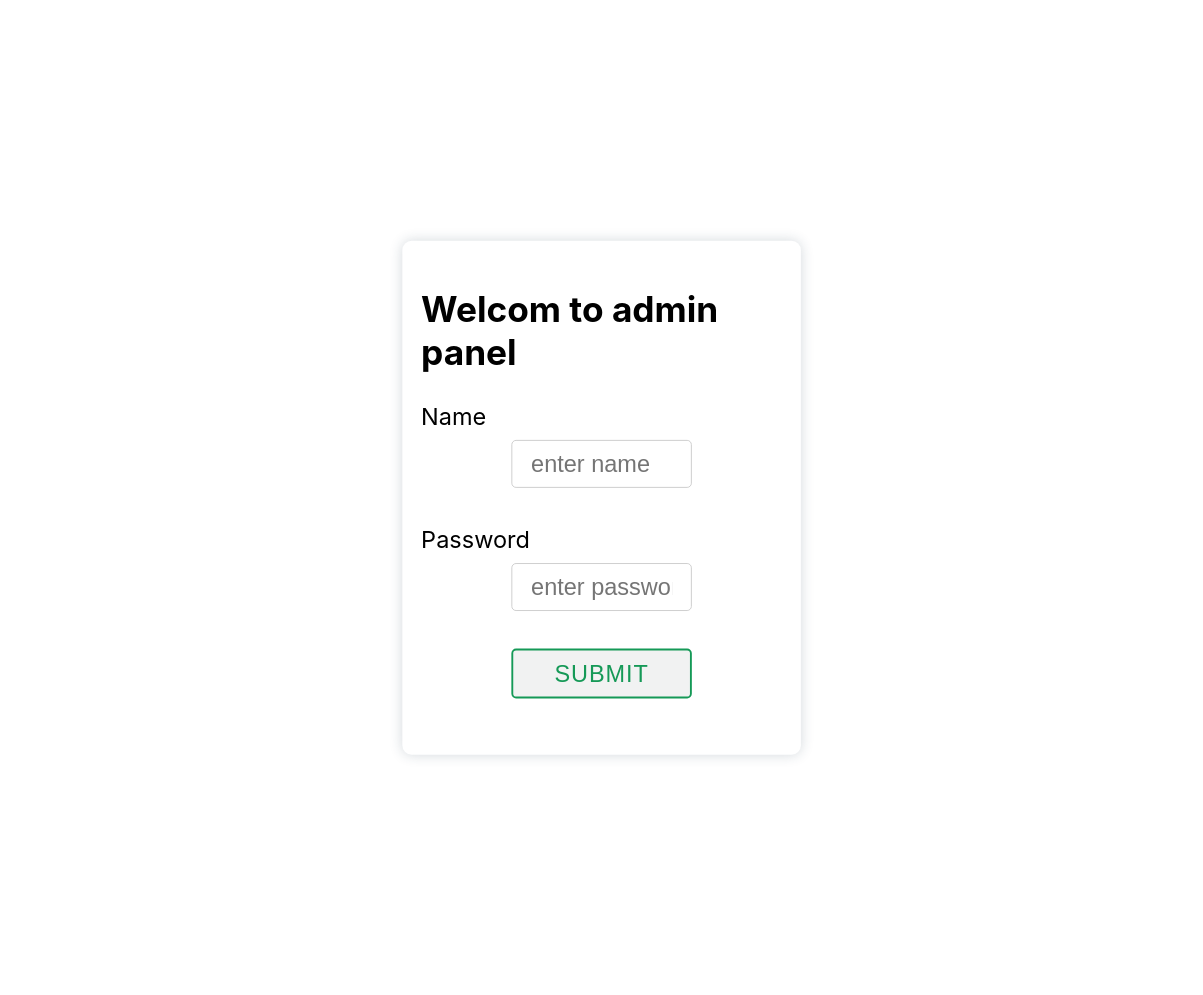
Repository: superHotBob/admin_nftillion
Page: /users
The author's editor kept a copy of each file at every save. The page is drawn from the files as they stood at one save, then again after the next save.
The browser window is 1280 px wide. The pictures show the whole page, at 94% of full size.
The project was rebuilt for these pictures with package versions that can differ from the ones it lists, and the page was loaded fresh each time. Also part of the build but not shown: src/components/Users/styles.scss, src/components/NavPanel/styles.scss, src/components/Collections/styles.scss, src/components/Collections/index.js.

Above is the page before, as saved 2022-04-22 17:57:34.

### src/index.js
import React from "react";
import ReactDOM from "react-dom/client";
import "./index.css";
import { BrowserRouter } from "react-router-dom";
import "./index.css";
import App from "./App";

import reportWebVitals from "./reportWebVitals";

const root = ReactDOM.createRoot(document.getElementById("root"));
root.render(
  <React.StrictMode>
    <BrowserRouter>
      <App />
    </BrowserRouter>
  </React.StrictMode>
);

// If you want to start measuring performance in your app, pass a function
// to log results (for example: reportWebVitals(console.log))
// or send to an analytics endpoint. Learn more: https://bit.ly/CRA-vitals
reportWebVitals();

### src/App.js
import * as React from "react";
import { Routes, Route } from "react-router-dom";
import { Home } from "./components/Home";
import { Users } from "./components/Users";
import './App.css';
import { Collections } from "./components/Collections";

function App() {
  return (
    <div className="App">
    <Routes>
        <Route path="/" element={<Home />} />
        <Route path="users" element={<Users />} />
        <Route path="collections" element={<Collections />} />
      </Routes>
    </div>
  );
}

export default App;

### src/components/Home/index.js
import * as React from "react";
import "./styles.scss";
import axios from "axios";
import { useNavigate } from "react-router-dom";

export const Home = () => {
  const [password, setPassword] = React.useState("");
  const [name, setName] = React.useState("");
  let navigate = useNavigate();

  function login(event) {
    event.preventDefault();
    axios
      .post(`https://jsonplaceholder.typicode.com/users`, {
        name: name,
        password: password,
      })
      .then((res) => {
        console.log(res.data);
        if (res.data.name === "bob") {
          localStorage.setItem("name", res.data.name);
          navigate("/users");
        } else {
          navigate("/");
        }
      });
  }
  return (
    <div className="mainblock">
      <h2>Welcom to admin panel</h2>
      <form onSubmit={login}>
        <label>
          Name
          <input
            type="text"
            value={name}
            required
            onChange={(e) => setName(e.target.value)}
            placeholder="enter name"
          />
        </label>
        <label>
          Password
          <input
            type="password"
            value={password}
            required
            onChange={(e) => setPassword(e.target.value)}
            placeholder="enter password"
          />
        </label>
        <button type="submit">SUBMIT</button>
      </form>
    </div>
  );
};

### src/components/Users/index.js
import * as React from "react";
import axios from "axios";
import { useNavigate } from "react-router-dom";

import "./styles.scss";

import { NavPanel } from "../NavPanel";

export const Users = () => {
  let navigate = useNavigate();
  const name = localStorage.getItem("name");
  const [data, setData] = React.useState([]);

  React.useEffect(() => {
    name
      ? axios.get(`https://jsonplaceholder.typicode.com/users`).then((res) => {
          console.log(res.data);
          setData(res.data);
        })
      : navigate("/");
  }, [name,navigate]);

  return (
    <>
      <NavPanel />
      <h1 className="header">List of users</h1>
      <div className="mainblockuser">
        <header>
          <span>wallet</span>
          <span>date reg.</span>
          <span>date last auth</span>
          <span>count collections</span>
          <span>count NFTs</span>
        </header>
        <section>
          {data.map((i) => (
            <p className="data">
              <span>{i.id}</span>
              <span>{i.name}</span>
              <span>{i.username}</span>
              <span>{i.email}</span>
              <span>{i.phone}</span>
            </p>
          ))}
        </section>
      </div>
    </>
  );
};

### src/components/Home/styles.scss
$submit: #159957;
$white: #F1F2F2;
$transition: all 0.25s ease-in-out;
.mainblock {
    width: 30%;
    height: auto;
    padding: 20px;
    margin: 20vw auto;
    box-shadow: 0 0 14px 0 rgba(34, 60, 80, 0.2);
    border-radius: 10px;
    font-size: 25px;
    text-align: left;
    input, button {
        font-size: 25px;
        padding: 10px 20px;
        display: block;
        width: 50%;
        border-radius: 5px;
        border: 1px solid #ccc;
        margin: 10px auto 40px;
        cursor: pointer;
        box-sizing: border-box;
        outline: none;


    }
    label {
        width: 50%;
        margin: 10px auto 40px;
    }

    @mixin mybutton($color_1, $color_2) {
        border: 2px solid $color_1;

        letter-spacing: 1px;
        text-transform: uppercase;
          color: $color_1;
        background-color: $color_2;
          transition: $transition;
          &:hover {
              background-color: $color_1;
              border-color: $color_1;
              color: $color_2;
          }
          &:active {
              background-color: $color_1;
              border-color: $color_1;
              color: $color_2;
              box-shadow: none;
          }
          &:focus, &:active:focus {
              background-color: $color_1;
              border-color: $color_1;
              color: $color_2;
              outline: 5px auto $color_1;
          }
      }

    button {

            @include mybutton($submit, $white);

    }
}

### src/components/NavPanel/index.js
import "./styles.scss";
import { NavLink } from "react-router-dom";
export const NavPanel = () => {
  return (
    <div className="mainNavBlock">
      <NavLink
        style={({ isActive }) => {
          return {
            display: "block",
            padding: 20,
            textDecoration: 'none',
            width: "50%",
            backgroundColor: isActive ? "#c0c0c0" : "whitw",
            color: !isActive ? "#c0c0c0" : "white",
          };
        }}
        to="/users"
      >
        USERS
      </NavLink>
      <NavLink
        style={({ isActive }) => {
          return {
            display: "block",
            width: "50%",
            textDecoration: 'none',
            padding: 20,
            backgroundColor: isActive ? "#c0c0c0" : "white",
            color: !isActive ? "#c0c0c0" : "white",

          };
        }}
        to="/collections"
      >
        COLLECTIONS
      </NavLink>
    </div>
  );
};

Loaded but not shown: public/index.html (common file); src/index.css (common file); src/reportWebVitals.js (common file); src/App.css (common file)

After the next save:
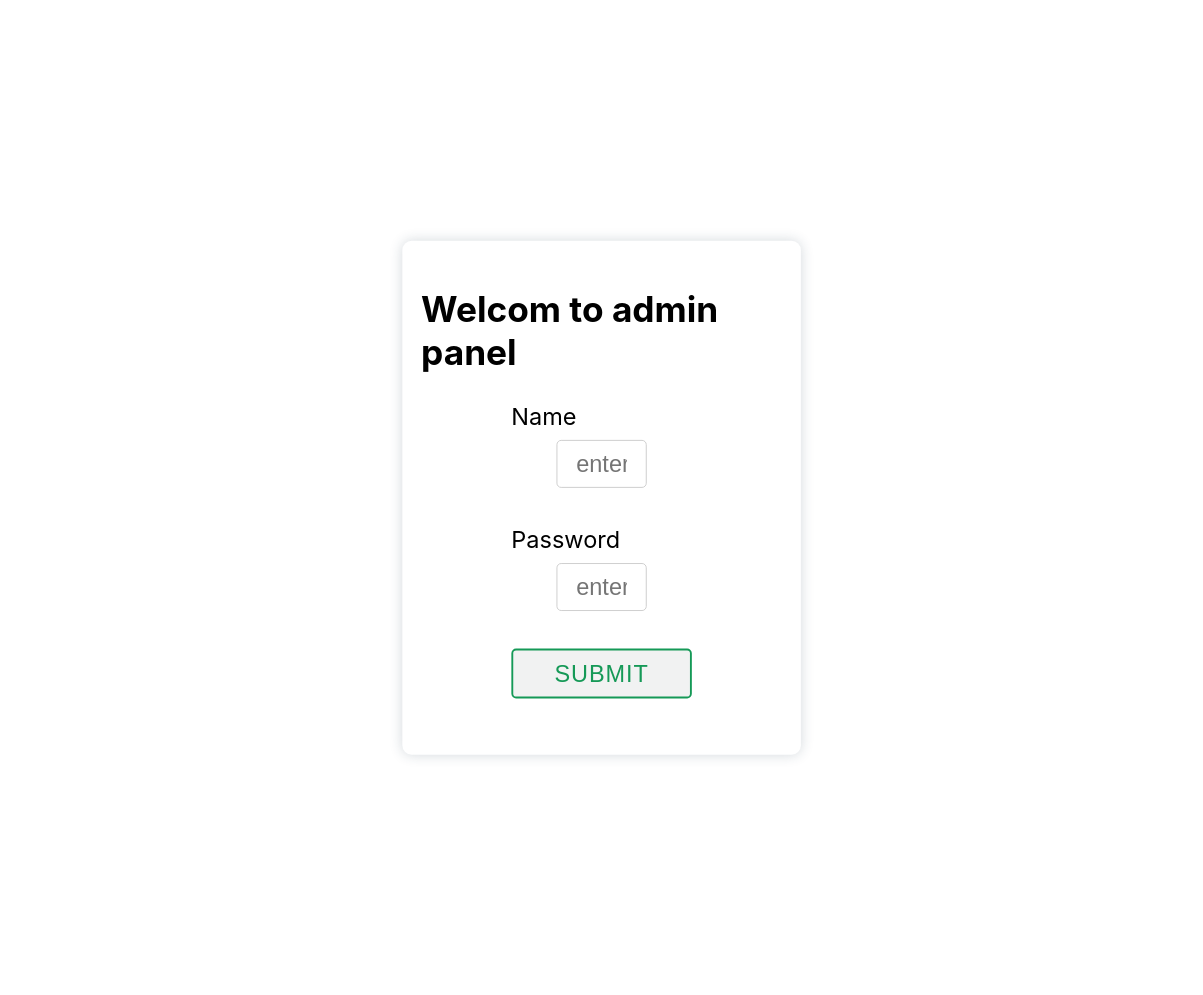
Saved 8 s later.
--- a/src/components/Home/styles.scss
+++ b/src/components/Home/styles.scss
@@ -27,6 +27,7 @@ $transition: all 0.25s ease-in-out;
     label {
         width: 50%;
         margin: 10px auto 40px;
+        display: block;
     }
 
     @mixin mybutton($color_1, $color_2) {
